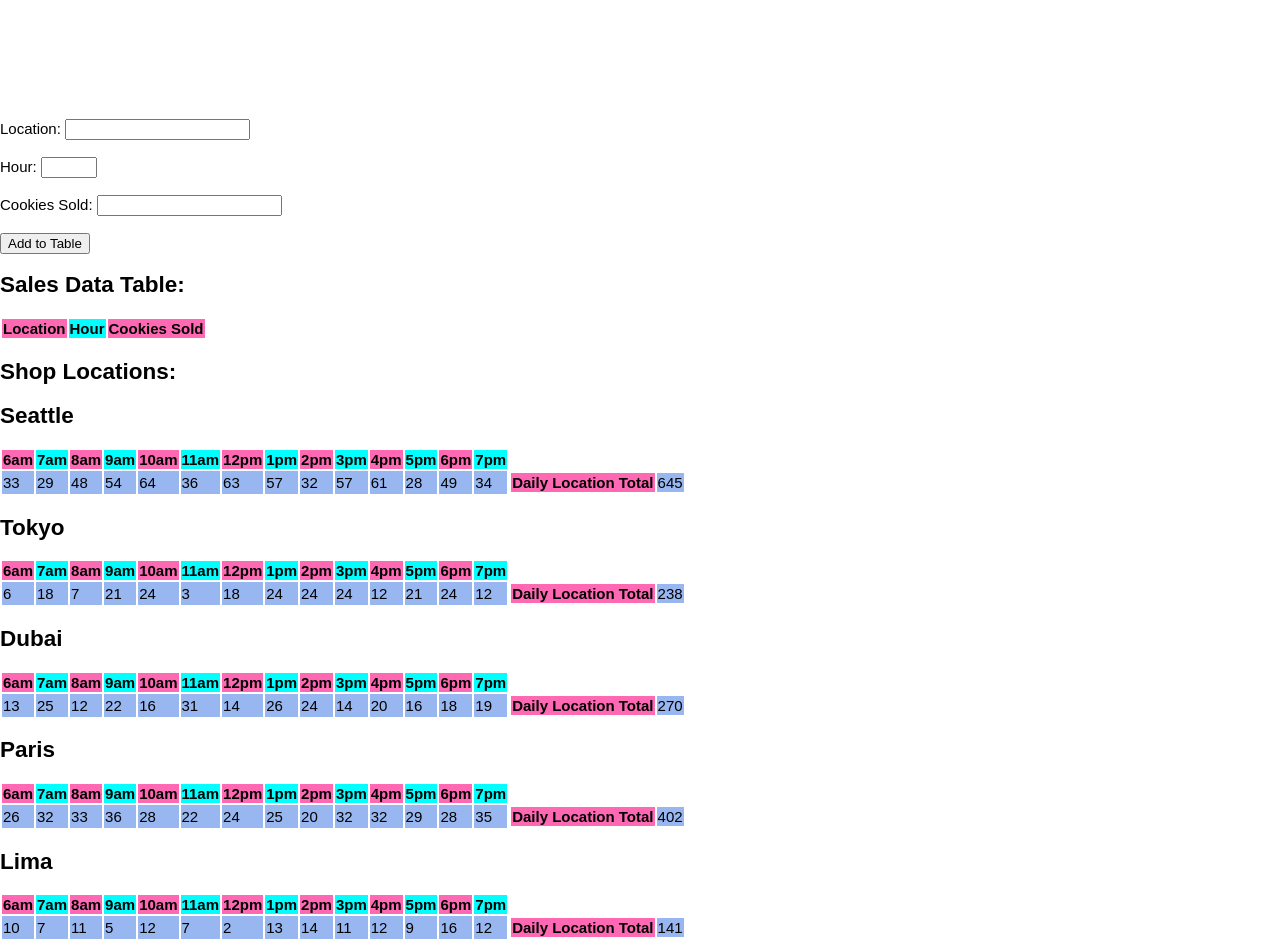
Repository: aaron1986/cookie_stand
Page: index.html
The author's editor kept a copy of each file at every save. The page is drawn from the files as they stood at one save, then again after the next save.
The browser window is 1280 px wide. The pictures show the part of the page from y = 583 to 1524 px (the page is 1524 px tall before and 1296 px after).
A picture or video elsewhere on the page could not be fetched, so the positions and the page height are approximate.

Above is the page before, as saved 2023-09-28 15:42:36.

### index.html
<!DOCTYPE html>
<html lang="en">
<head>
    <meta charset="UTF-8">
    <meta name="viewport" content="width=device-width, initial-scale=1.0">
    <link rel="stylesheet" href="./style.css">
    <script src="./app.js" defer></script>
    <title>Document</title>
</head>
<body>
    <header>
        <video autoplay muted loop>
            <source src="./vid/salmon.mp4">
        </video>

     <!-- heading text -->
     <div class="container">
        <div class="hero-text">
            <h1>Experience <br>Salmon <br>Cookies</h1>
                <a class="scroll-down">Scroll Down</a>
         </div> <!-- end of hero-text -->
     </div> <!-- end of container -->

    </header>

    <main>

        <h1>Sales Data Form</h1>

            <!-- User input form -->
            <form id="cookiesShop">
                <label for="location">Location:</label>
                <input type="text" id="location" name="location" required><br><br>

                <label for="hour">Hour:</label>
                <input type="number" id="hour" name="hour" min="6" max="19" required><br><br>

                <label for="cookiesSold">Cookies Sold:</label>
                <input type="number" id="cookiesSold" name="cookiesSold" min="0" required><br><br>

                <input type="submit" value="Add to Table">
            </form>

            <!-- Sales Data Table -->
            <h2>Sales Data Table:</h2>
            <table id="salesTable">
                <thead>
                    <tr>
                        <th>Location</th>
                        <th>Hour</th>
                        <th>Cookies Sold</th>
                    </tr>
                </thead>
                <tbody id="tableBody">
                    <!-- Existing data rows will go here -->
                </tbody>
            </table>

            <h2>Shop Locations:</h2>
            <div id="shop-location"></div>

    <footer>

    </footer>
</body>
</html>

### style.css
th:nth-child(even) {
    background-color: aqua;
}

th:nth-child(odd) {
    background-color: hotpink;
}

td {
    background-color: rgb(152, 183, 240);
}


html, body {
    display: block;
    width: 100%;
    height:100%;
    margin: 0;
    padding: 0;
    background: transparent;
    font-size: 15px;
    font-family: "itc-avant-garde-gothic-pro", sans-serif;
}

.container {
    margin-top:5%;
}

video {
    margin-top: -6%;
    left: 0;
    width: 100%;
    height: 100%;
    background-color: rgba(0,0,0,.3);
    z-index: 1;
  }



/* start of hero text */

.hero-text {
    width: 100%;
  margin-top:-25%;
}


h1 {
    font-family: "heading-text";
    font-weight: 400;
  font-style: normal;
  font-size: 90px;
  color: #fff;
  text-indent: -16px;
    line-height: 78px;
    margin-bottom: 19px;
    text-align: center;
    justify-content: center;

}

@font-face {
    font-family: 'heading-text';
    src: url('./fonts/GarineldoNo02.otf');
}

.scroll-down {
    font: 700 14px/22px "Montserrat",serif;
  color: #fff;
  text-transform: uppercase;
  letter-spacing: 3px;
  bottom: 40px;
  z-index: 2;
  text-align: center;
  position: absolute;
}

/* end of hero text */


/* start of navigation */
nav {
    background-color: #3B4043;
    height:55px;
    margin-top: -15px;
}
ul {
   display: flex;
   justify-content: flex-end;
}
li {
    display: inline;
    margin-right: 3%;
    margin-top: -5%;
    font-family: "heading-text";
    font-size: 32px;
}

li a {
    color: #fff;
    text-decoration: none;
    list-style: none;
}

a:hover {
    transition: opacity .55s .2s,top .55s;
  opacity: .55;
  top: -10px;
  color: #d3b298;
  border-top: 2px solid #d3b298;
}

img {
    width: 45px;
    height:55px;
    margin-left:3%;
}

img:hover {
	-webkit-filter: grayscale(100%) blur(3px);
	filter: grayscale(100%) blur(3px);
}

### app.js
const Hours = ['6am', '7am', '8am', '9am', '10am', '11am', '12pm', '1pm', '2pm', '3pm', '4pm', '5pm', '6pm', '7pm'];

function randonNumber(min, max) {
    return Math.floor(Math.random() * (max - min + 1)) + min;
}

function ShopLocation(location, min, max, avg) {
    this.location = location;
    this.min = min;
    this.max = max;
    this.avg = avg;
    this.customersPerHour = [];
    this.cookiesPerHour = [];
    this.totalSold = 0;


    this.calcTotal = function() {
        for(let i = 0; i < Hours.length; i++) {
            const randNum = randonNumber(this.min, this.max);
                this.customersPerHour.push(randNum);
                this.cookiesPerHour.push(randNum * this.avg);
        }
    };

}

const shopLocationSeattle = new ShopLocation ("Seattle", 23, 65, 6.3);

const shopLocationTokyo = new ShopLocation("Tokyo", 3, 24, 1.2);

const shopLocationDubai = new ShopLocation("Dubai",11,38,3.7);

const shopLocationParis = new ShopLocation("Paris",20,38,2.3);

const shopLocationLima = new ShopLocation("Lima",2,16,4,6);

shopLocationSeattle.calcTotal();
shopLocationTokyo.calcTotal();
shopLocationDubai.calcTotal();
shopLocationParis.calcTotal();
shopLocationLima.calcTotal();


const shopLocationHtml = document.getElementById("shop-location");

function createShopLocation(locationData) {
    const article = document.createElement("article");

    //Headers
    const h2 = document.createElement("h2");
    h2.textContent = locationData.location;
    article.appendChild(h2);


    //Table information
    const table = document.createElement("table");

    const thead = document.createElement("thead");
    const headerRow = document.createElement("tr");

    // Loop through the hours and create table headers
    for (let i = 0; i < locationData.customersPerHour.length; i++) {
        const th = document.createElement("th");
        th.textContent = `${Hours[i]}`;
        headerRow.appendChild(th);
    }

    thead.appendChild(headerRow);
    table.appendChild(thead);

    const tbody = document.createElement("tbody");
    const dataRow = document.createElement("tr");

    // Loop through the customersPerHour
    for (let i = 0; i < locationData.customersPerHour.length; i++) {
        const td = document.createElement("td");
        td.textContent = `${locationData.customersPerHour[i]}`;
        dataRow.appendChild(td);
    }



    tbody.appendChild(dataRow);
        // Calculate the daily total for each hour
        const totalRow = document.createElement("tr");
        const totalCell = document.createElement("th");
        totalCell.textContent = "Daily Location Total";
        totalRow.appendChild(totalCell);


        let dailyTotal = 0;
        for(let i = 0; i < locationData.customersPerHour.length; i++) {
            dailyTotal += locationData.customersPerHour[i];
        }

        const td = document.createElement("td");
        td.textContent = `${dailyTotal}`;
        totalRow.appendChild(td);
        //console.log(dailytotal);





    dataRow.appendChild(totalRow);
    table.appendChild(tbody);
    article.appendChild(table);
    shopLocationHtml.appendChild(article);
}

createShopLocation(shopLocationSeattle);
createShopLocation(shopLocationTokyo);
createShopLocation(shopLocationDubai);
createShopLocation(shopLocationParis);
createShopLocation(shopLocationLima);

After the next save:
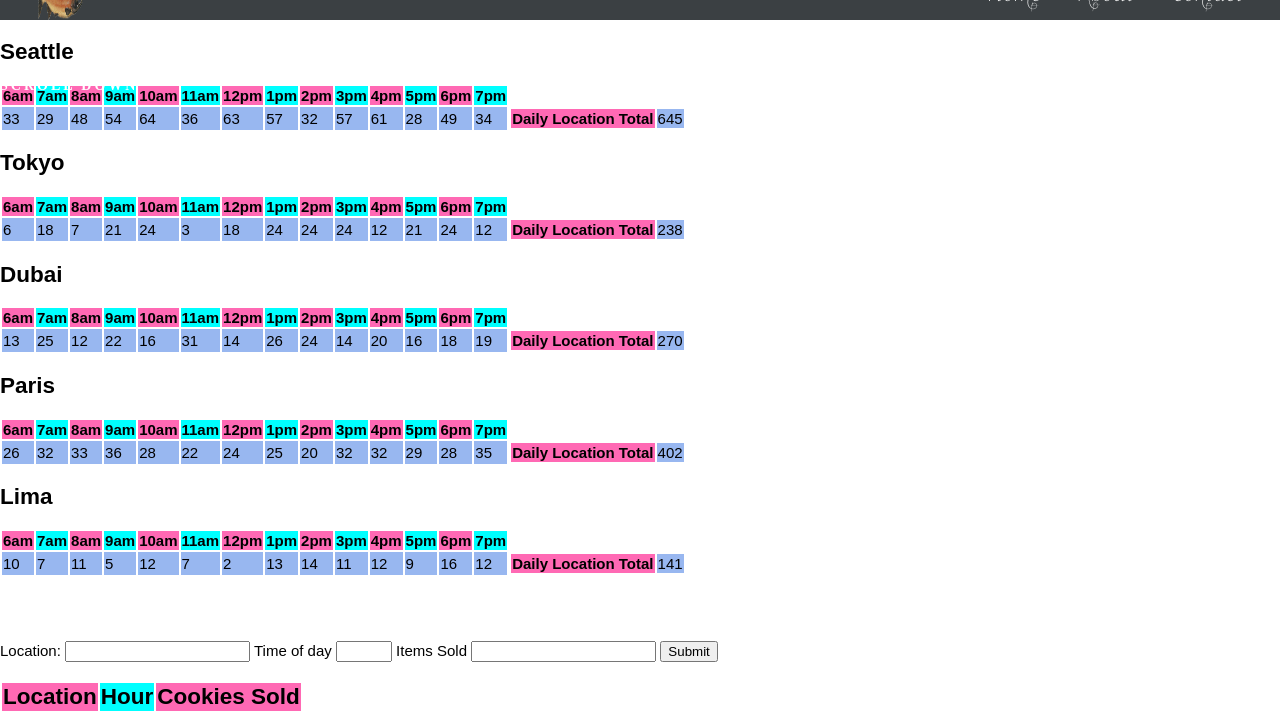
Saved 15 min 9 s later.
--- a/index.html
+++ b/index.html
@@ -25,39 +25,52 @@
 
     <main>
 
-        <h1>Sales Data Form</h1>
 
-            <!-- User input form -->
-            <form id="cookiesShop">
-                <label for="location">Location:</label>
-                <input type="text" id="location" name="location" required><br><br>
+        <nav>
+            <img src="./img/salmon.png">
+            <ul>
 
-                <label for="hour">Hour:</label>
-                <input type="number" id="hour" name="hour" min="6" max="19" required><br><br>
+                <li><a href="#">Home</a></li>
+                <li><a href="#">About</a></li>
+                <li><a href="#">Contact</a></li>
+            </ul>
+         </nav>
 
-                <label for="cookiesSold">Cookies Sold:</label>
-                <input type="number" id="cookiesSold" name="cookiesSold" min="0" required><br><br>
+         <!-- form to insert data into table -->
 
-                <input type="submit" value="Add to Table">
-            </form>
+         <div id="shop-location">
 
-            <!-- Sales Data Table -->
-            <h2>Sales Data Table:</h2>
+
+         </div>
+
+         <div class="container">
+        <form id="cookiesShop">
+            <label for="location">Location: </label>
+            <input type="text" id="location" name="location">
+
+            <label for="hour">Time of day</label>
+            <input type="number" id="hour" name="hour" min="6" max="19">
+
+            <label for="cookiesSold">Items Sold</label>
+            <input type="number" id="cookiesSold" name="cookiesSold" min="0">
+
+            <button>Submit</button>
+
+         </form>
+         <h2>
             <table id="salesTable">
-                <thead>
-                    <tr>
-                        <th>Location</th>
-                        <th>Hour</th>
-                        <th>Cookies Sold</th>
-                    </tr>
-                </thead>
-                <tbody id="tableBody">
-                    <!-- Existing data rows will go here -->
-                </tbody>
+                <tr>
+                    <th>Location</th>
+                    <th>Hour</th>
+                    <th>Cookies Sold</th>
+                </tr>
             </table>
+         </h2>
+         </div>
 
-            <h2>Shop Locations:</h2>
-            <div id="shop-location"></div>
+
+
+    </main>
 
     <footer>
 
